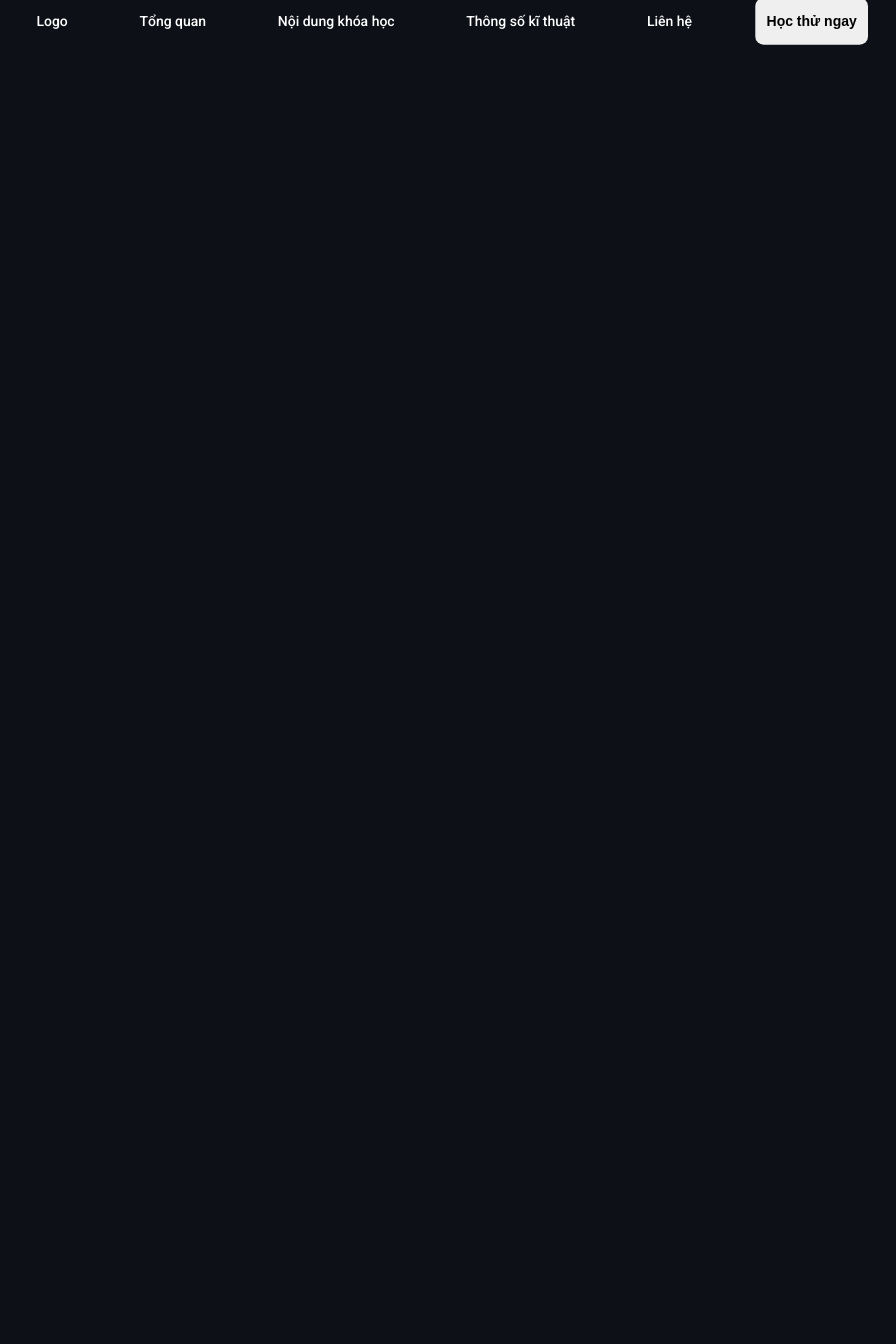
Repository: Dangtrinh28/landingpage
Page: index.html
An editor plug-in stored every save of this project. The page is shown before and after the next save, followed by the edit.
The browser window is 1280 px wide. The pictures show the part of the page from y = 0 to 1920 px (the page is 3660 px tall), at 70% of full size.

Above is the page before, as saved 2023-02-21 14:33:29.

### index.html
<!DOCTYPE html>
<html lang="en">
<head>
    <meta charset="UTF-8">
    <meta http-equiv="X-UA-Compatible" content="IE=edge">
    <meta name="viewport" content="width=device-width, initial-scale=1.0">
    <title>Khóa học lập trình</title>
    <link rel="stylesheet" href="./styles/main.css">
</head>
<body>
    <div class="container">
        <header>
            <div class="header__logo">
               <a href="" class="header___link"><img src="" alt="" class="header__img">Logo</a>
            </div>

                <li class="header__item"><a href="" class="header___link">Tổng quan</a></li>
                <li class="header__item"><a href="" class="header___link">Nội dung khóa học</a></li>
                <li class="header__item"><a href="" class="header___link">Thông số kĩ thuật</a></li>
                <li class="header__item"><a href="" class="header___link">Liên hệ</a></li>

                <button style="color: #000000;" class="btn">Học thử ngay</button>
        </header>

        <section></section>
        <section></section>
        <section></section>
        <section></section>
        <section></section>

        <footer>

        </footer>
    </div>
</body>
</html>

### styles/main.css
@import url('https://fonts.googleapis.com/css2?family=Roboto:wght@300;400;500;700&display=swap');

* {
    padding: 0;
    margin: 0;
}

:root {
    --bg-color: #0E1018;
    --text-color : #000000;
    --btn-color: #ffffff;
}

html {
    font-size: 62.5%;
}

body {
    font-family: 'Roboto', sans-serif;
    background-color: var(--bg-color);
}

.mt-2 {
    margin-top: 2rem;
}

.container {
    width: 1200px;
    max-width: 100%;
    margin: 0 auto;
}

.row {
    display: flex;
}

.col-6 {
    width: 50%;
}

section {
    height: 100vh;
}

.btn {
    text-decoration: none;
    border: none;
    outline: none;
    padding: 22px 16px;
    border-radius: 12px;
    display: block;
    font-weight: 700;
    font-size: 2rem;
}
/* header */
header {
    display: flex;
    justify-content: space-between;
    align-items: center;
    height:60px;
}

.header__logo {

}

.header__list {

}

.header__item {
    display: inline-block;
}

.header___link {
    color: #fff;
    text-decoration: none;
    font-size: 2rem;
    font-weight: 500;
    padding: 8px 12px;
}

After the next save:
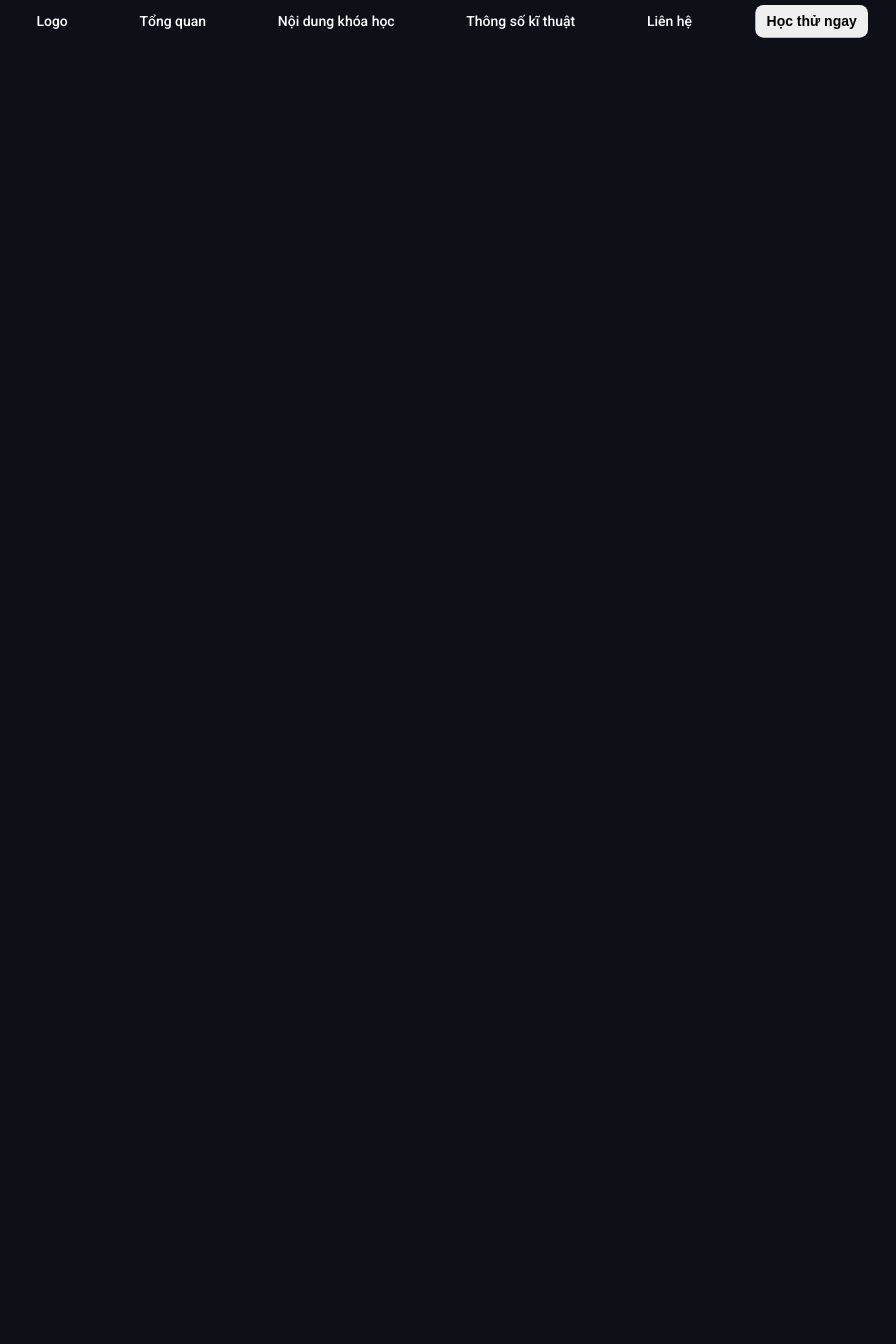
Saved 4 s later.
--- a/styles/main.css
+++ b/styles/main.css
@@ -46,7 +46,7 @@
     text-decoration: none;
     border: none;
     outline: none;
-    padding: 22px 16px;
+    padding:12px 16px;
     border-radius: 12px;
     display: block;
     font-weight: 700;
